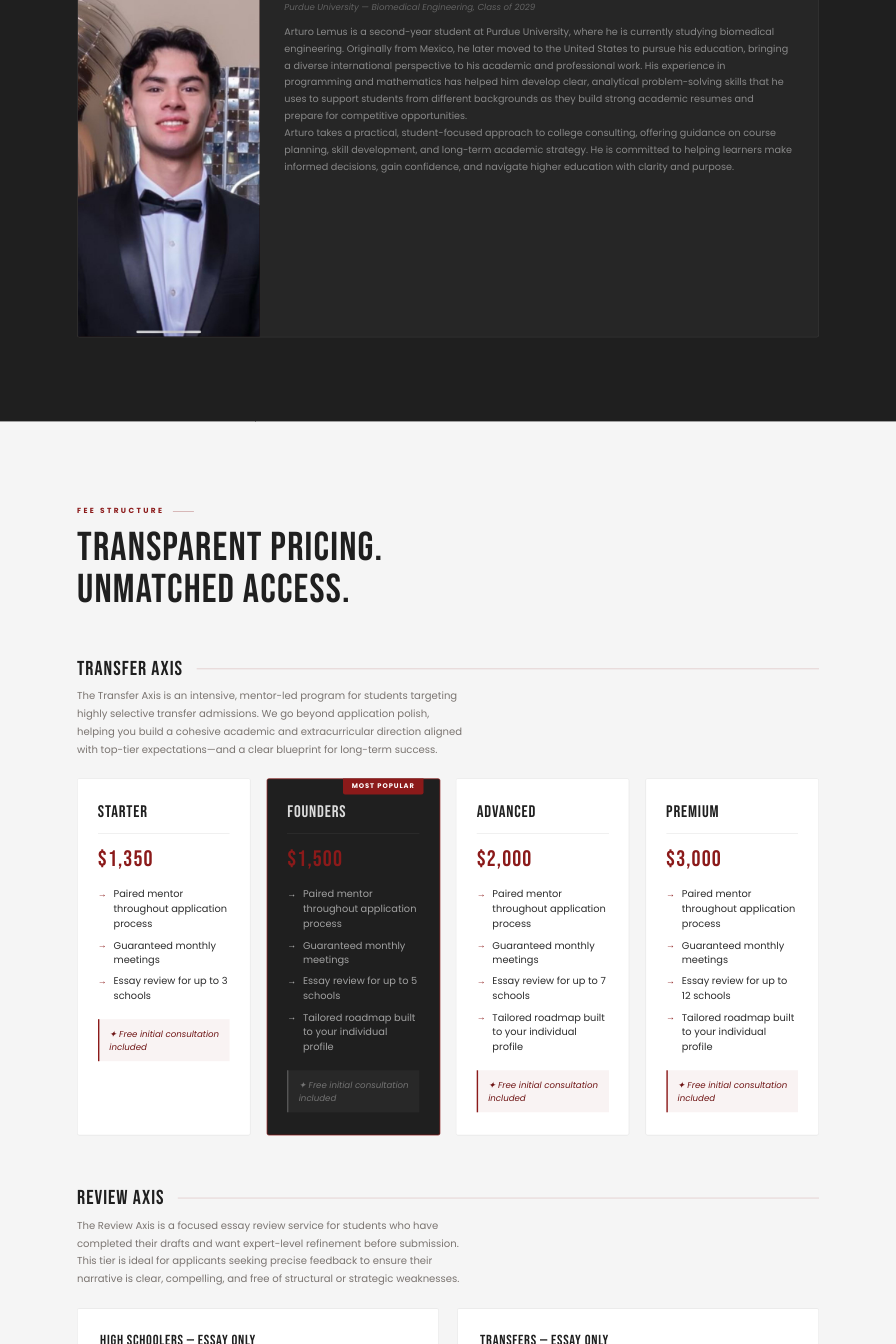
Repository: epeguero8311/cesar
Page: index.html
The author's editor kept a copy of each file at every save. The page is drawn from the files as they stood at one save, then again after the next save.
The browser window is 1280 px wide. The pictures show the part of the page from y = 4580 to 6500 px (the page is 7707 px tall before and 7789 px after), at 70% of full size.

Above is the page before, as saved 2026-07-17 13:37:48.

After the next save:
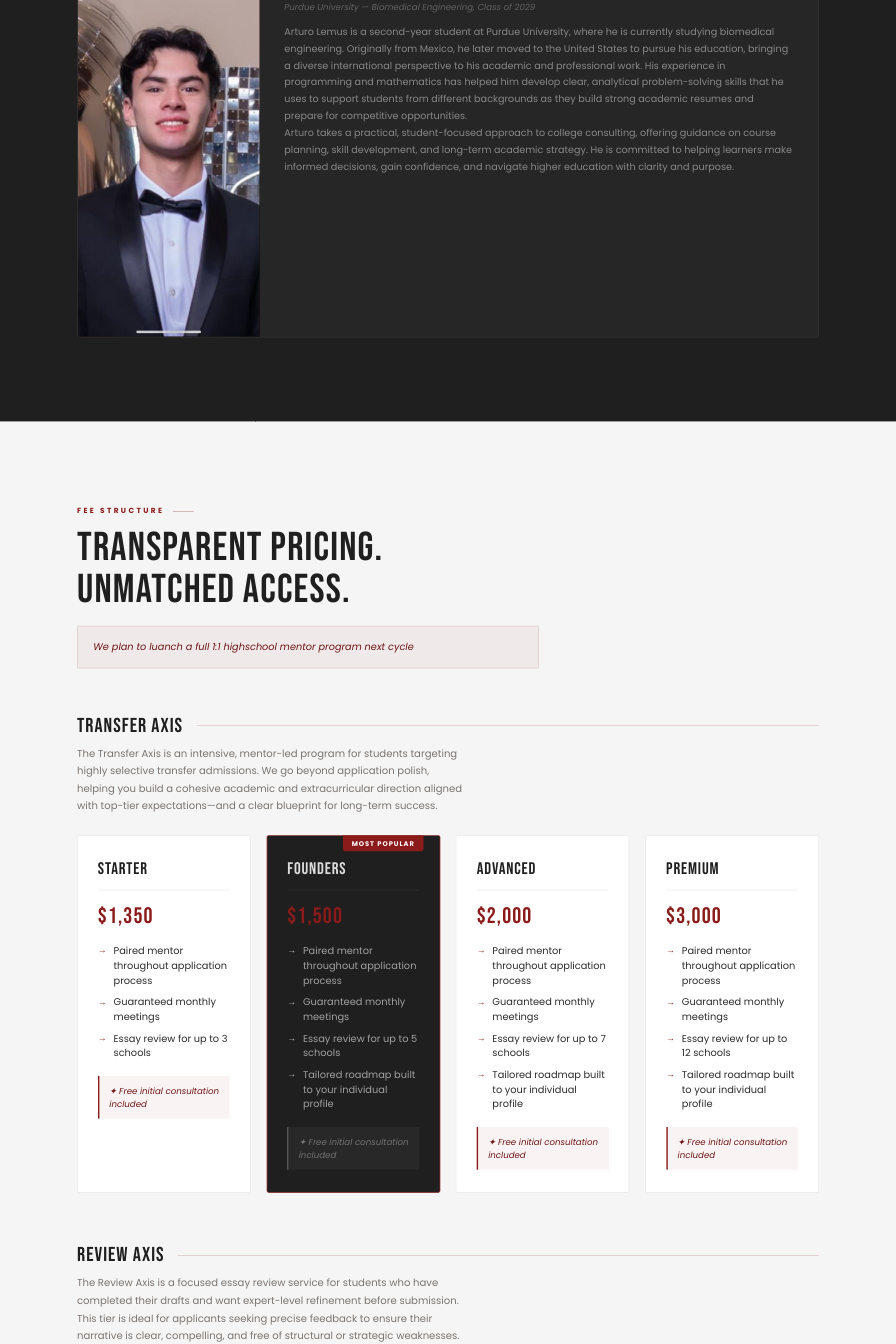
Saved 49 s later.
--- a/index.html
+++ b/index.html
@@ -193,6 +193,7 @@
     <div class="pricing-hd reveal">
       <div class="section-label">Fee Structure</div>
       <h2 class="section-title">Transparent pricing.<br />Unmatched access.</h2>
+      <div class="pricing-beta-block">We plan to luanch a full 1:1 highschool mentor program next cycle</div>
     </div>
 
     <h3 class="axis-heading">Transfer Axis</h3>
